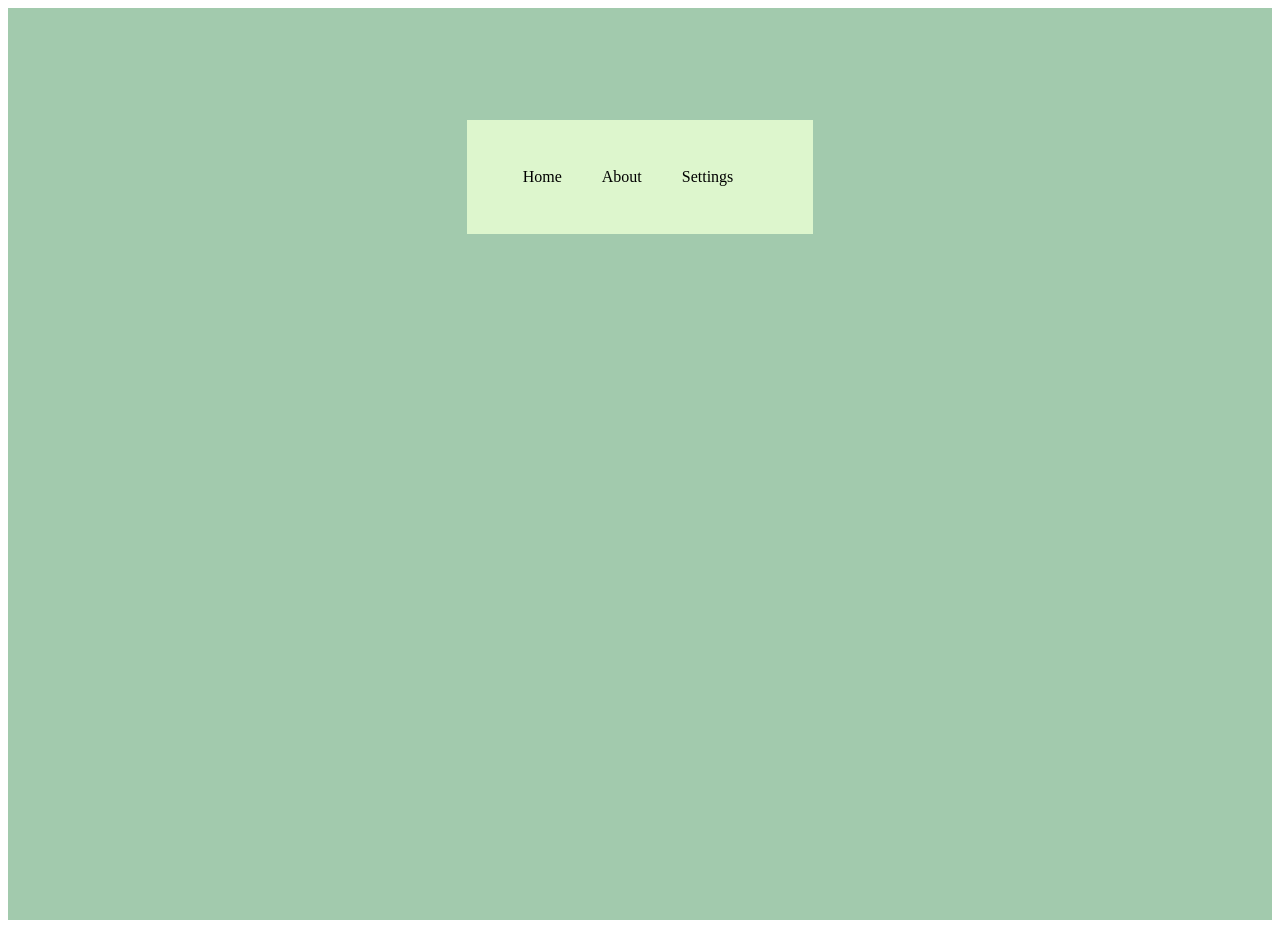
Repository: k8ANStar/Questify
Page: /
These files come from the project's save history. The page is drawn as it stood at one moment and after the next save; the edit follows.
The browser window is 1280 px wide. The pictures show the whole page.
The project was rebuilt for these pictures with package versions that can differ from the ones it lists, and the page was loaded fresh each time. The framework's server and built-in components were replaced by stand-ins that run in the browser. Also part of the build but not shown: next.config.mjs.

Above is the page before, as saved 2024-03-24 21:52:27.

### pages/index.js
import Head from "next/head";
import styles from "@/styles/Home.module.css";
import Header from "@/components/Header";


export default function Home() {
  return (
    <>
      <Head>
        <title>Create Next App</title>
        <meta name="description" content="Generated by create next app" />
        <meta name="viewport" content="width=device-width, initial-scale=1" />
        <link rel="icon" href="/favicon.ico" />
      </Head>
      <main className={`${styles.main}`}>
     <Header />

      </main>
    </>
  );
}

### styles/Home.module.css
.main {
  display: flex;
  flex-direction: column;
  justify-content: space-between;
  align-items: center;
  padding: 6rem;
  min-height: 100vh;
  background-color: rgb(162, 202, 173);
}

### components/Header/index.js
import styles from "./Header.module.css"
import Link from "next/link";
export default function Header() {
	return (
		<>
			<ul className={styles.nav}>
				<li>
					<Link href={"/"} className={styles.home}>
						Home
					</Link>
				</li>
				<li>
					<Link href={"/About"} className={styles.about}>
						About
					</Link>
				</li>
				<li>
					<Link href={"/Settings"} className={styles.settings}>
						Settings
					</Link>
				</li>
			</ul>
		</>
	);
}

### components/Header/Header.module.css
.nav {
	display: flex;
	list-style-type: none;
	text-decoration: none;
    padding: 3rem;
    background-color: rgb(221, 246, 205);

}

.home,
.about,
.settings {
	text-decoration: none;
	color: var(--black);
	margin-right: 2rem;
	margin-left: 0.5rem;
	white-space: nowrap;
}

Loaded but not shown: pages/_app.js (common file); pages/_document.js (common file); styles/globals.css (common file)

After the next save:
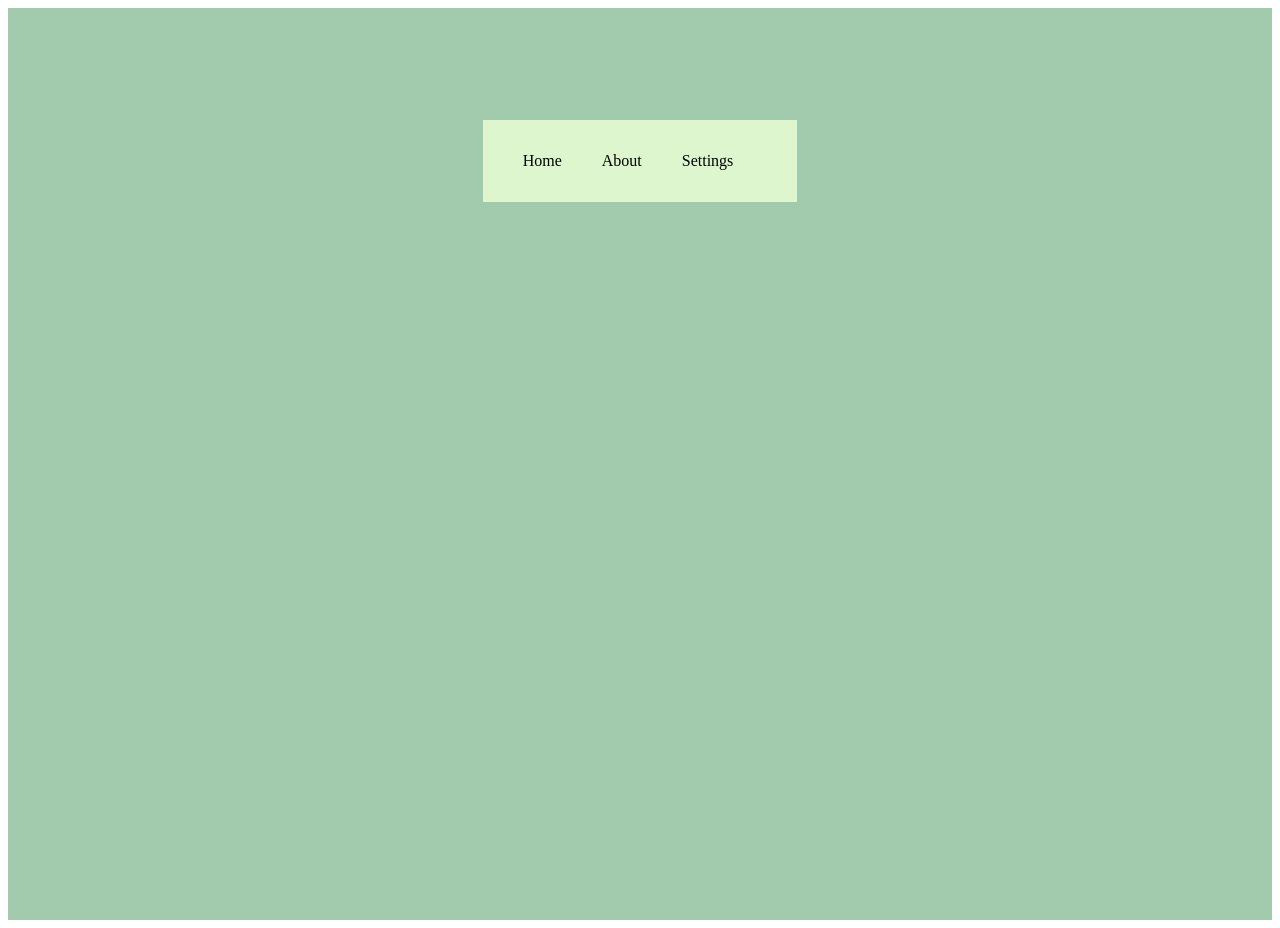
Saved 10 s later.
--- a/components/Header/Header.module.css
+++ b/components/Header/Header.module.css
@@ -2,7 +2,7 @@
 	display: flex;
 	list-style-type: none;
 	text-decoration: none;
-    padding: 3rem;
+    padding: 2rem 2rem 2rem 2rem;
     background-color: rgb(221, 246, 205);
 
 }
